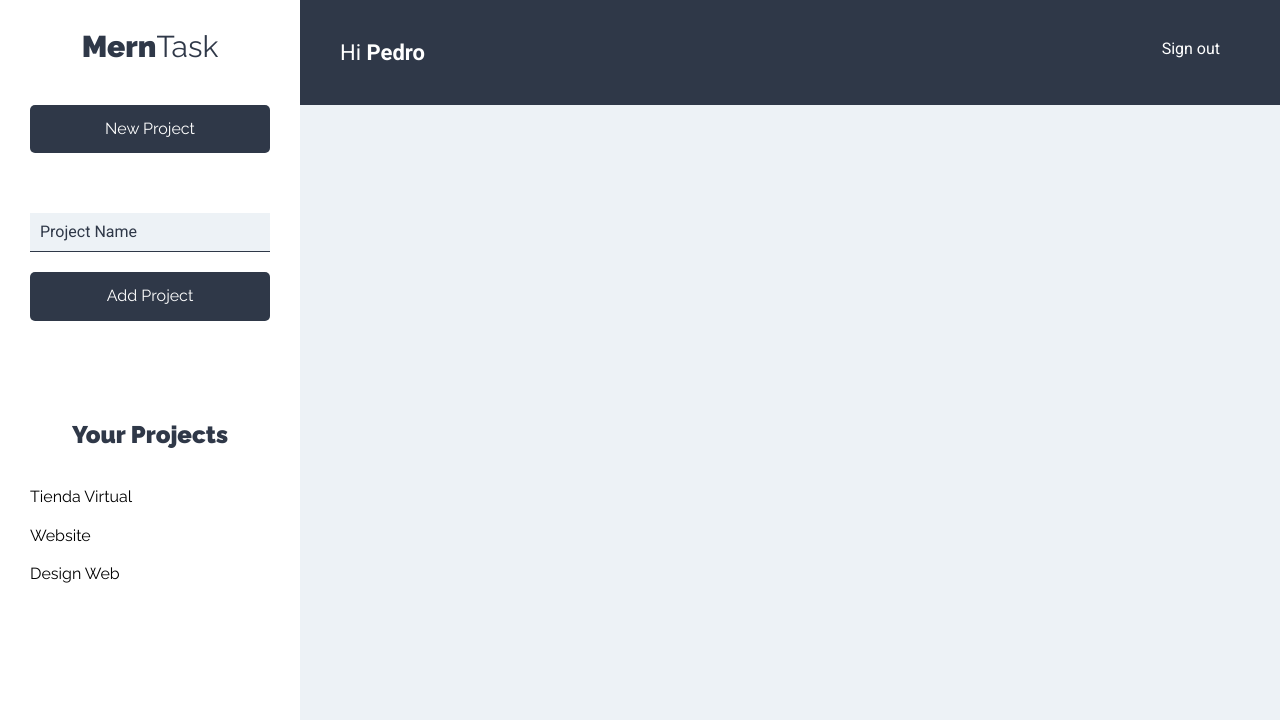
Repository: ppfeliuu/MERN-Task-Client
Page: /projects
An editor plug-in stored every save of this project. The page is shown before and after the next save, followed by the edit.
The browser window is 1280 px wide. The pictures show the whole page.
The project was rebuilt for these pictures with package versions that can differ from the ones it lists, and the page was loaded fresh each time. Also part of the build but not shown: src/components/auth/Login.js, src/components/auth/NewAccount.js.

Above is the page before, as saved 2020-02-16 12:29:16.

After the next save:
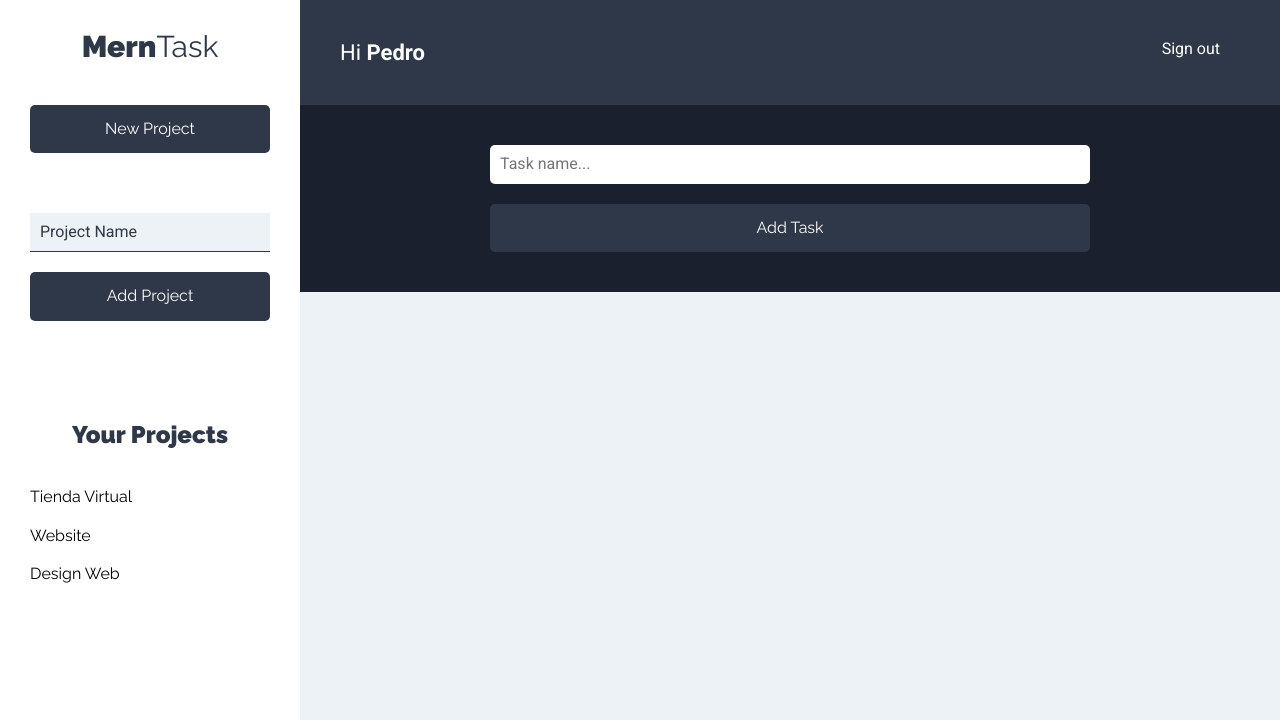
Saved 39 s later.
--- a/src/components/projects/Projects.js
+++ b/src/components/projects/Projects.js
@@ -1,6 +1,7 @@
 import React from "react";
 import Sidebar from "../layout/Sidebar";
 import Bar from "../layout/Bar";
+import FormTask from "../task/FormTask";
 
 const Projects = () => {
   return (
@@ -10,6 +11,7 @@ const Projects = () => {
       <div className="seccion-principal">
         <Bar />
         <main>
+            <FormTask />
           <div className="contenedor-tareas"></div>
         </main>
       </div>
